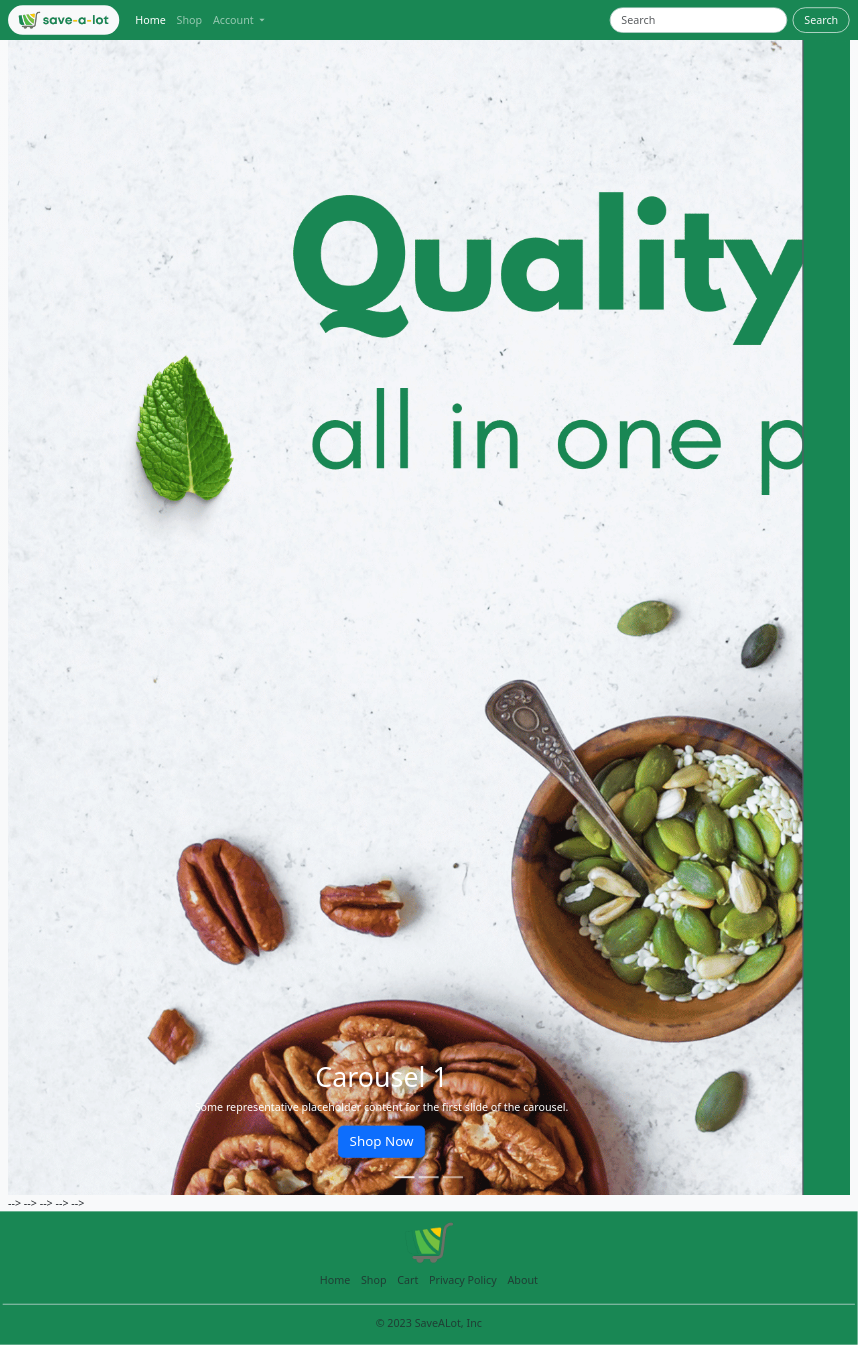
Repository: bill071194/savealot
Page: savealot/resources/views/index.blade.php
The author's editor kept a record of every edit. The page is drawn from the files as they stood at one moment, then again after the next edit.
The browser window is 1280 px wide. The pictures show the whole page, at 67% of full size.
The page is served by the project's Laravel application, run on PHP 8.4 with Laravel 10. The template is opened directly, without the code that normally fills it, so the values that code supplies are empty.

Above is the page before.

After the next edit:
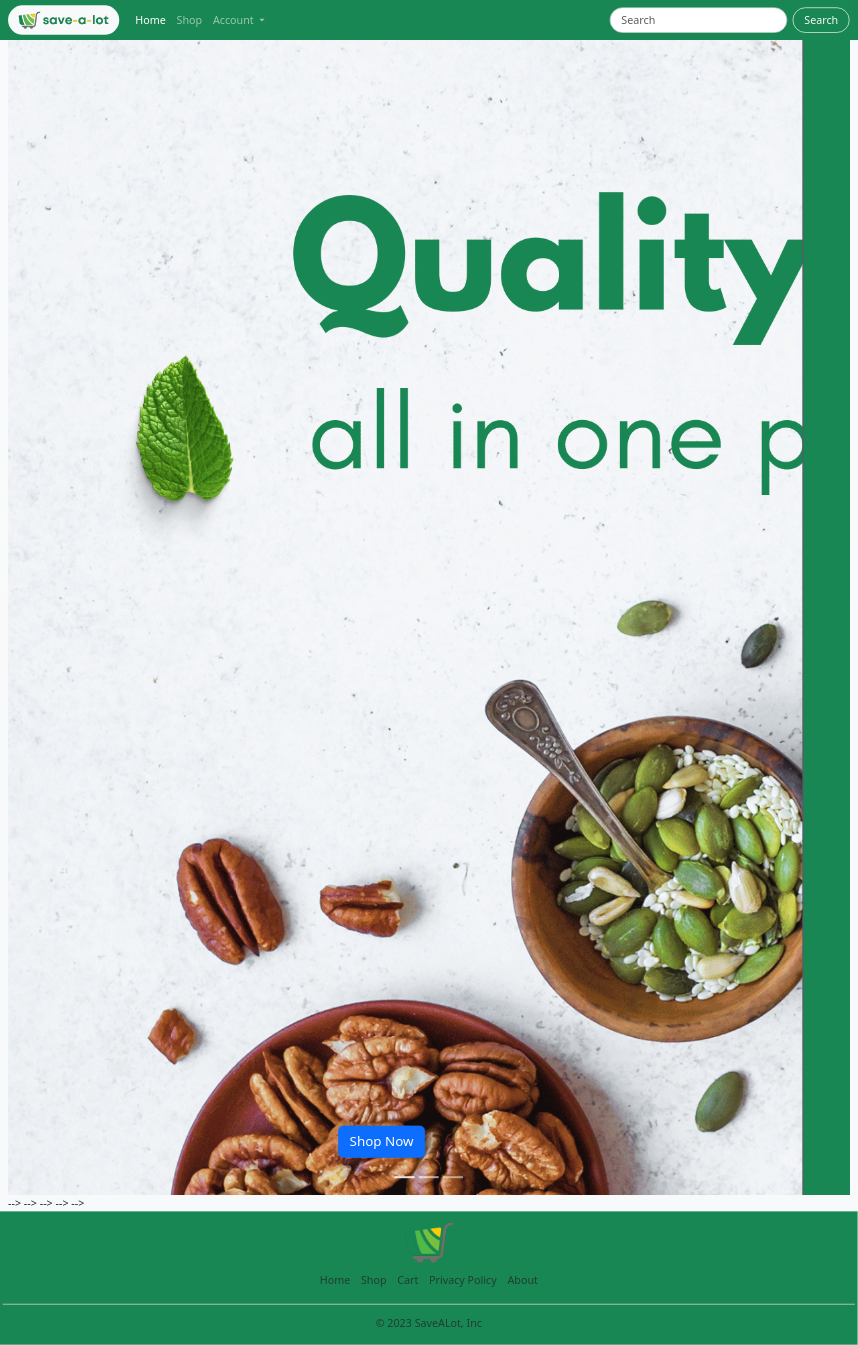
The edit:
--- a/savealot/resources/views/index.blade.php
+++ b/savealot/resources/views/index.blade.php
@@ -15,8 +15,6 @@
         <img src="pics/carousel1.png" alt="carousel1">
         <div class="container">
           <div class="carousel-caption">
-            <h1>Carousel 1</h1>
-            <p>Some representative placeholder content for the first slide of the carousel.</p>
             <p><a class="btn btn-lg btn-primary" href="shop">Shop Now</a></p>
           </div>
         </div>
